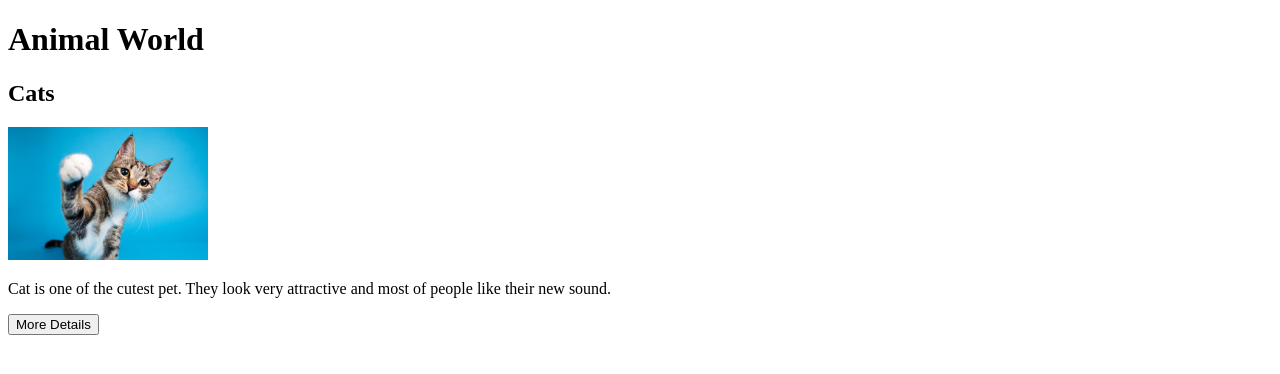
Repository: DhananjayaLakshan/Uom-Web_Design_For_Beginners
Page: Ajax/index.html
The author's editor kept a copy of each file at every save. The page is drawn from the files as they stood at one save, then again after the next save.
The browser window is 1280 px wide. The pictures show the whole page.

Above is the page before, as saved 2023-12-02 22:55:31.

After the next save:
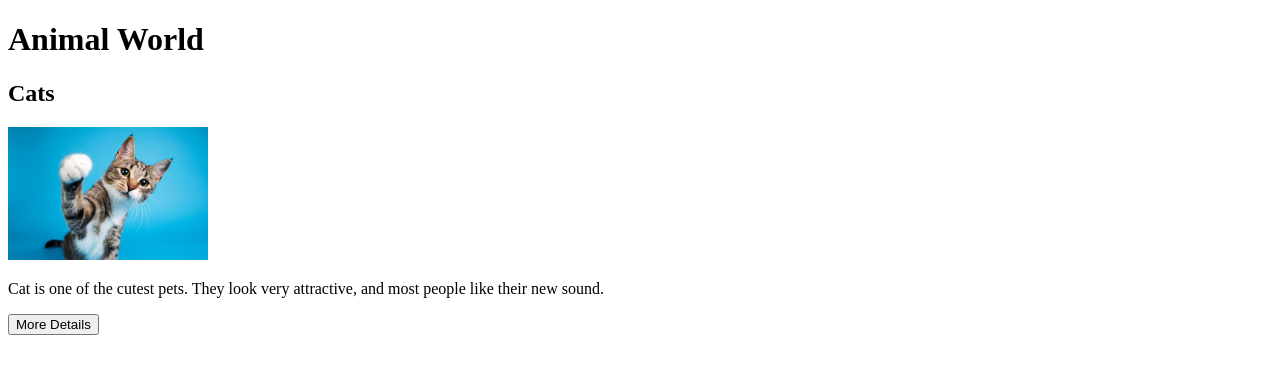
Saved 101 s later.
--- a/Ajax/index.html
+++ b/Ajax/index.html
@@ -4,7 +4,7 @@
     <meta charset="UTF-8">
     <meta name="viewport" content="width=device-width, initial-scale=1.0">
     <title>Ajax</title>
-    <script src="jquery-3.7.1.min.js"></script>
+    <script src="https://code.jquery.com/jquery-3.7.1.min.js"></script>
 </head>
 <body>
 
@@ -12,7 +12,7 @@
     <p><h2>Cats</h2></p>
     <img src="cat.jpg" alt="cat" style="width: 200px;">
     <div>
-        <p>Cat is one of the cutest pet. They look very attractive and most of people like their new sound. </p>
+        <p>Cat is one of the cutest pets. They look very attractive, and most people like their new sound.</p>
     </div>
 
     <button id="button1">More Details</button>
@@ -21,7 +21,7 @@
 
     <script>
         $(document).ready(function(){
-            $('button1').click(function(){
+            $('#button1').click(function(){
                 $.ajax('moreinfo.html', {
                     success:function(result){
                         $('#div1').append(result);
@@ -32,6 +32,5 @@
         });
     </script>
 
-
 </body>
 </html>
